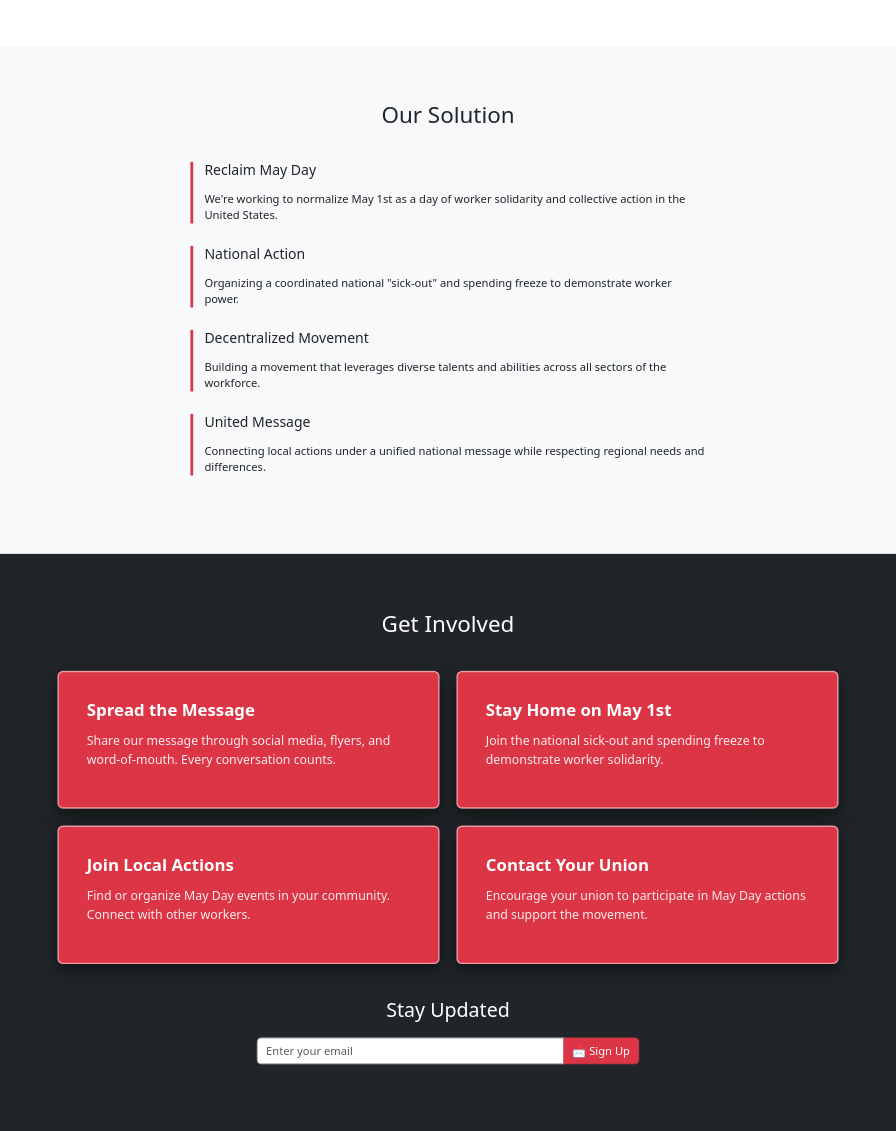
Repository: NoCoMozi/MayDayMovement
Page: index.html
An editor plug-in stored every save of this project. The page is shown before and after the next save, followed by the edit.
The browser window is 1280 px wide. The pictures show the part of the page from y = 1696 to 3616 px (the page is 3312 px tall before and 3616 px after), at 70% of full size.

Above is the page before, as saved 2025-02-07 12:22:46.

After the next save:
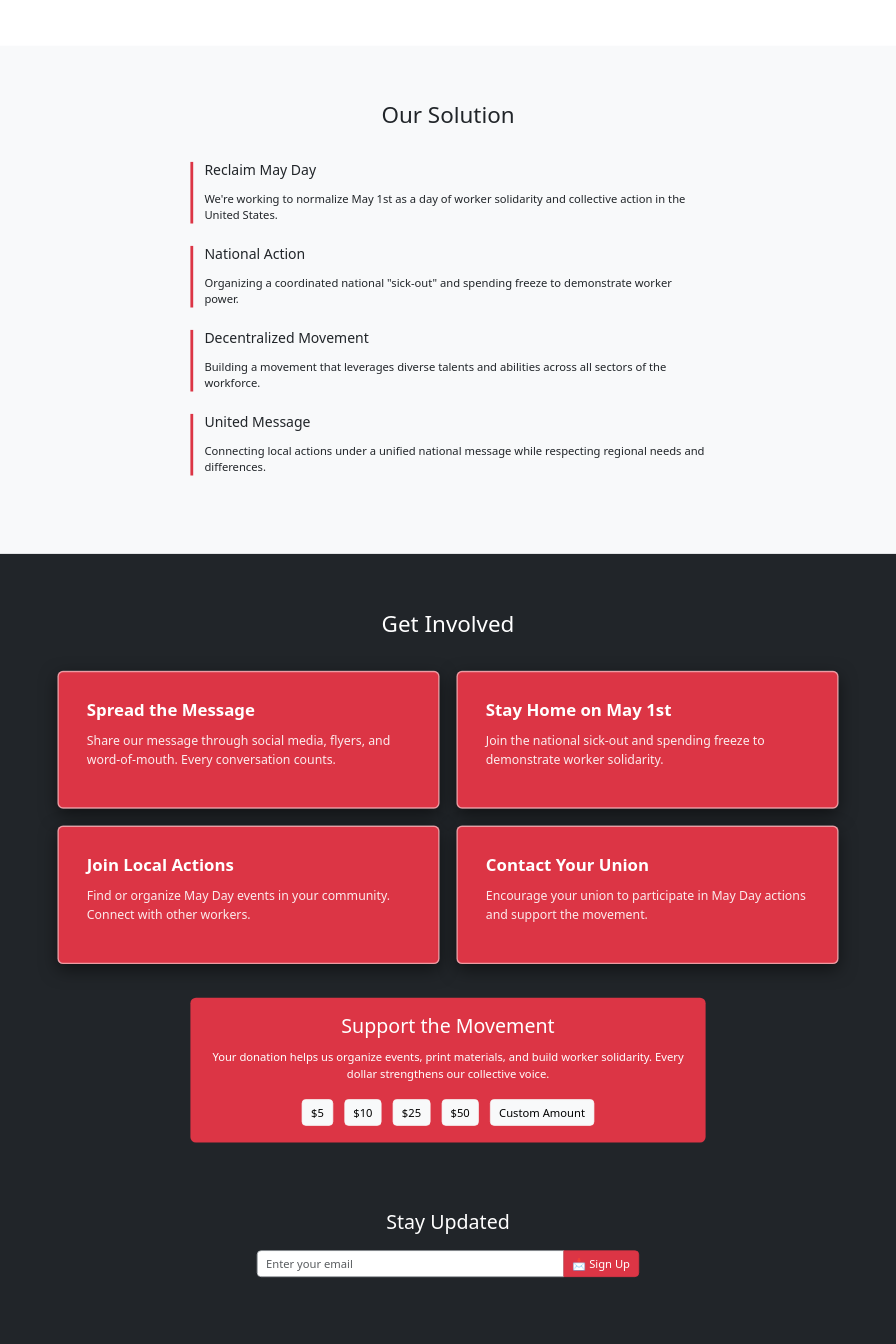
Saved 3 min 12 s later.
--- a/index.html
+++ b/index.html
@@ -218,6 +218,23 @@
                 </div>
             </div>
 
+            <!-- Donation Section -->
+            <div class="row justify-content-center mb-5">
+                <div class="col-lg-8 text-center">
+                    <div class="p-4 bg-danger rounded-3 mb-5">
+                        <h3 class="mb-3">Support the Movement</h3>
+                        <p class="mb-4">Your donation helps us organize events, print materials, and build worker solidarity. Every dollar strengthens our collective voice.</p>
+                        <div class="d-flex justify-content-center gap-3 flex-wrap">
+                            <button class="btn btn-light">$5</button>
+                            <button class="btn btn-light">$10</button>
+                            <button class="btn btn-light">$25</button>
+                            <button class="btn btn-light">$50</button>
+                            <button class="btn btn-light">Custom Amount</button>
+                        </div>
+                    </div>
+                </div>
+            </div>
+
             <!-- Email Signup -->
             <div class="row justify-content-center">
                 <div class="col-lg-6 text-center">
